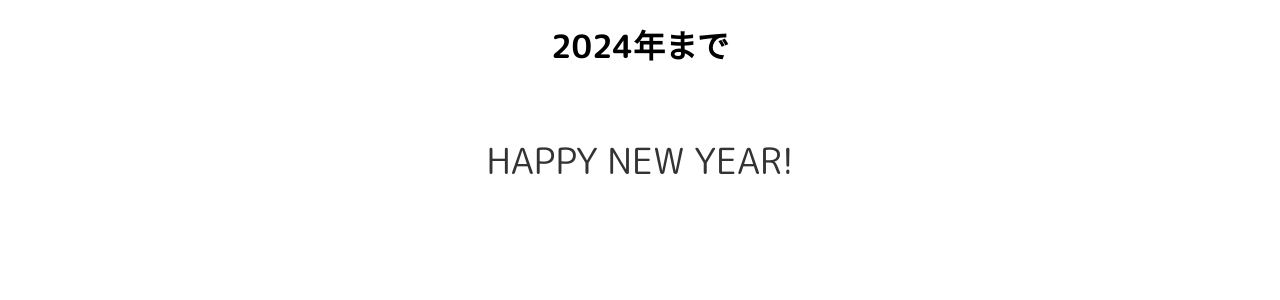
Repository: end888160/end888160.github.io
Page: countdown.ja.html
The author's editor kept a copy of each file at every save. The page is drawn from the files as they stood at one save, then again after the next save.
The browser window is 1280 px wide. The pictures show the whole page.

Above is the page before, as saved 2024-09-22 22:51:38.
Console error: TypeError: countdown is not a function

After the next save:
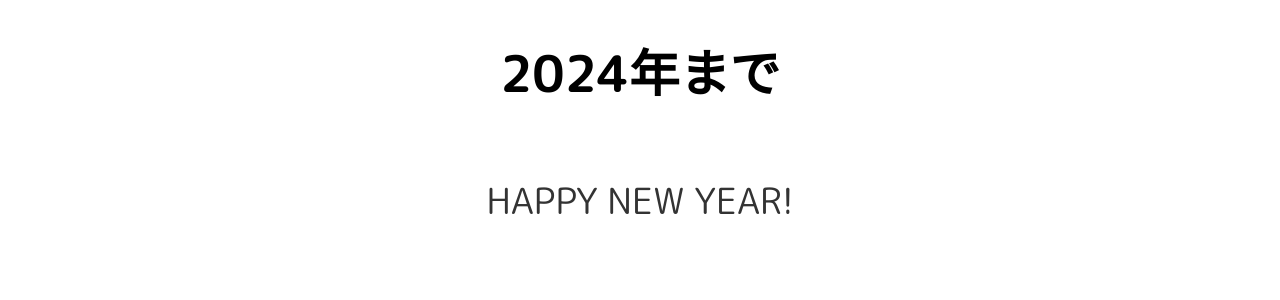
Saved 11 s later.
--- a/countdown.ja.html
+++ b/countdown.ja.html
@@ -53,7 +53,7 @@
 	}
 	h1 {
 		text-align: center;
-
+		font-size: 7vh;
 
 	}
 
